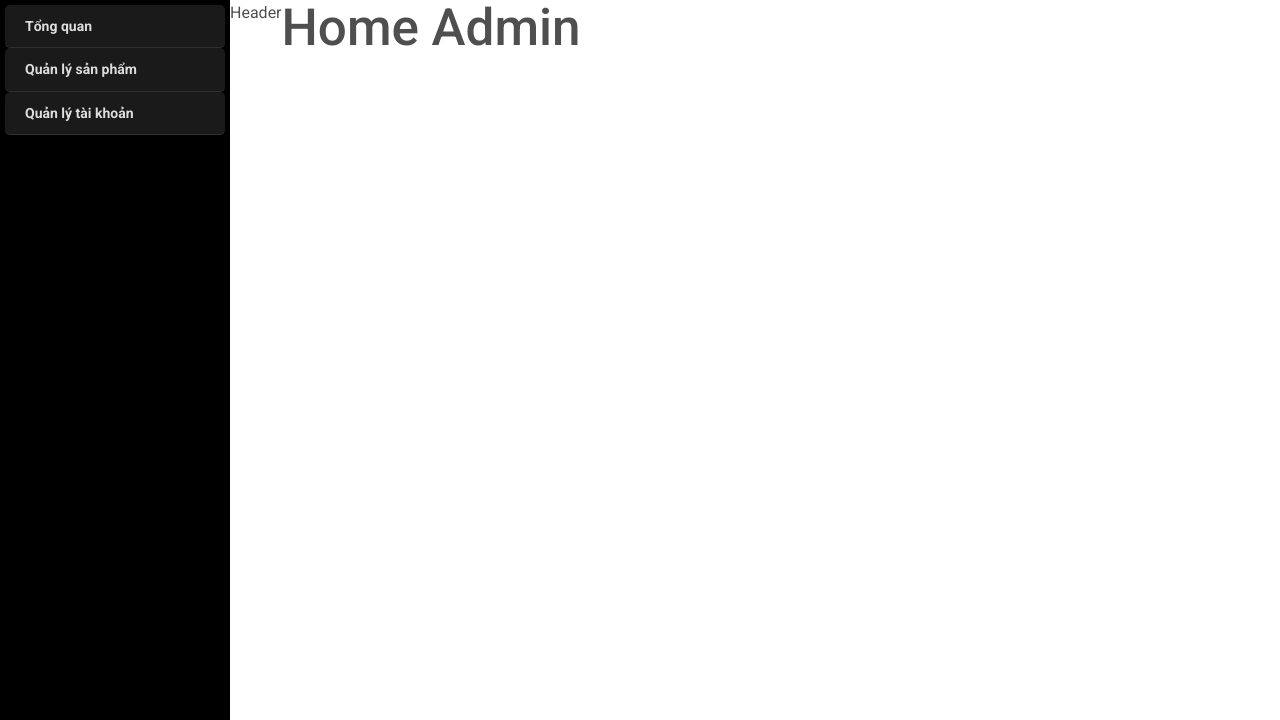
Repository: TinhTT336/MD02_Session10
Page: /admin
An editor plug-in stored every save of this project. The page is shown before and after a run of saves, followed by the edit.
The browser window is 1280 px wide. The pictures show the whole page.
Some web libraries are served in a nearby version. The project was rebuilt for these pictures with package versions that can differ from the ones it lists, and the page was loaded fresh each time. Also part of the build but not shown: vite.config.js, src/layouts/Navbar.jsx, src/layouts/Footer.jsx, src/components/base/button/button.css, src/components/base/button/Button.jsx, src/pages/Home.jsx, src/common/formatMoney.js, src/actions/cartActions.js and 11 more.

Above is the page before, as saved 2023-09-08 16:19:02.

### index.html
<!DOCTYPE html>
<html lang="en">
  <head>
    <meta charset="UTF-8" />
    <link rel="icon" type="image/svg+xml" href="/vite.svg" />
    <meta name="viewport" content="width=device-width, initial-scale=1.0" />
    <title>Vite + React</title>
    <!-- Font Awesome -->
    <link
      href="https://cdnjs.cloudflare.com/ajax/libs/font-awesome/6.0.0/css/all.min.css"
      rel="stylesheet"
    />
    <!-- Google Fonts -->
    <link
      href="https://fonts.googleapis.com/css?family=Roboto:300,400,500,700&display=swap"
      rel="stylesheet"
    />
    <!-- MDB -->
    <link
      href="https://cdnjs.cloudflare.com/ajax/libs/mdb-ui-kit/6.4.1/mdb.min.css"
      rel="stylesheet"
    />
  </head>
  <body>
    <div id="root"></div>
    <script type="module" src="/src/main.jsx"></script>
    <script
      type="text/javascript"
      src="https://cdnjs.cloudflare.com/ajax/libs/mdb-ui-kit/6.4.1/mdb.min.js"
    ></script>
  </body>
</html>

### src/main.jsx
import React from 'react'
import ReactDOM from 'react-dom/client'
import App from './App.jsx'
import './index.css'
import { BrowserRouter } from 'react-router-dom'
import { Provider } from 'react-redux'
import { createStore } from 'redux'
import { reducer } from './reducers/index.js'

const store = createStore(reducer)
ReactDOM.createRoot(document.getElementById('root')).render(
  <React.StrictMode>
    <BrowserRouter>
      <Provider store={store}>
        <App />
      </Provider>
    </BrowserRouter>
  </React.StrictMode>,
)

### src/App.jsx

import { Route, Routes, useLocation } from 'react-router-dom'
import './App.css'
import Home from './pages/Home'
import ListProduct from './pages/ListProduct'
import Cart from './pages/Cart'
import About from './pages/About'
import Contact from './pages/Contact'
import Register from './pages/Register'
import Login from './pages/Login'
import ProductDetail from './pages/ProductDetail'
import { useEffect } from 'react'
import PrivateRouter from './pages/private/PrivateRouter'
import HomeAdmin from './pages/private/HomeAdmin'
import ManagerProduct from './pages/private/ManagerProduct'
import ManagerUser from './pages/private/ManagerUser'

function App() {
  const location = useLocation();
  useEffect(() => {
    window.scrollTo({ top: 0, behavior: "smooth" });
  }, [location.pathname])
  return (
    <>
      <Routes>
        {/* Router ai cung co the truy cap */}
        <Route path='/' element={<Home />}></Route>
        <Route path='/list-product' element={<ListProduct />}></Route>
        <Route path='/product/:id' element={<ProductDetail />}></Route>
        <Route path='/cart' element={<Cart />}></Route>
        <Route path='/about' element={<About />}></Route>
        <Route path='/contact' element={<Contact />}></Route>
        <Route path='/register' element={<Register />}></Route>
        <Route path='/login' element={<Login />}></Route>
        <Route path='/product-detail' element={<ProductDetail />}></Route>

        {/* Router chi admin moi co the truy cap */}
        <Route path='/admin' element={<PrivateRouter />}>
          {/* path ="/" duong dan tuyet doi */}
          <Route index element={<HomeAdmin />}></Route>
          <Route path='manager-product' element={<ManagerProduct />}></Route>
          <Route path='manager-user' element={<ManagerUser />}></Route>
        </Route>
      </Routes>
    </>
  )
}

export default App

### src/reducers/index.js
import { combineReducers } from "redux";
import { listProduct } from "./listProduct";
import { listCart } from "./listCart";

export const reducer = combineReducers({ listProduct, listCart });

### src/App.css
* {
  margin: 0;
  padding: 0;
  box-sizing: border-box;
}
.active {
  background-color: #efefef;
}
/* body {
  max-width: 90%;
  margin: 0 auto;
} */

.nav-item .nav-link {
  padding: 15px;
}

.fa-cart-shopping {
  position: relative;
}

.fa-cart-shopping + span {
  position: absolute;
  top: -10px;
  right: -10px;
  background-color: red;
  color: white;
  border-radius: 50%;
  padding: 5px 10px;
}

### src/pages/private/PrivateRouter.jsx
import React from 'react'
import { Navigate, Outlet } from 'react-router-dom';

export default function PrivateRouter() {
    const isLogin = true; //da dang nhap
    return isLogin ? <Outlet /> : (<Navigate to={"/login"} />)
}

### src/pages/private/HomeAdmin.jsx
import React from 'react'
import Sidebar from '../../layouts/admin/sidebar/Sidebar'
import Header from '../../layouts/admin/Header'

export default function HomeAdmin() {
    return (
        <>
            <div className='d-flex'>
                <Sidebar />
                <Header />
                <h1>Home Admin</h1>

            </div>
        </>
    )
}

### src/reducers/listProduct.js
import products from "../data/products.json";
export const listProduct = (state = products, action) => {
  return state;
};

### src/reducers/listCart.js
import {
  ACT_ADD_CART,
  ACT_DECREASE,
  ACT_DELETE,
  ACT_INCREASE,
} from "../contrains/actionTypes";

const initialState = JSON.parse(localStorage.getItem("carts")) || [];
const saveDataLocal = (arr) => {
  localStorage.setItem("carts", JSON.stringify(arr));
};

/**
 * ham lay ra vi tri cua product trong listProduct
 * @param {*} id id can kiem tra
 * @param {*} arr mang can kiem tra
 * @returns neu tim thay ban ghi thi tra ra vi tri, neu khong tra ra -1
 * Author: TinhTT(08/09/2023)
 */
const findIndexProduct = (id, arr) => {
  const productIndex = arr.findIndex((p) => p.product_id === id);
  return productIndex;
};
export const listCart = (state = initialState, action) => {
  switch (action.type) {
    case ACT_ADD_CART:
      //b1:clone mang cu
      const newCarts = [...state];
      // vi tri can lay
      const indexProduct = findIndexProduct(
        action.payload.product_id,
        newCarts
      );
      // b2: kiem tra san pham da ton tai torng gio hang chua?
      if (indexProduct !== -1) {
        // neu da ton tai thi tang so luong
        newCarts[indexProduct].quantity += 1;
        // b3: luu giu lieu len local
        saveDataLocal(newCarts);
        // b4: return mang moi
        return newCarts;
      } else {
        // neu chua thi them vao gio hang
        const newAddCarts = [...state, { ...action.payload, quantity: 1 }];
        // b3: luu giu lieu len local
        saveDataLocal(newAddCarts);
        // b4: return mang moi
        return newAddCarts;
      }
    case ACT_DECREASE:
      // clone ra mang moi
      const newArr = [...state];
      // tim vi tri san pham
      const indexProductDecrease = findIndexProduct(action.payload, newArr);
      // neu so luong sp lon hon 0 thi giam di
      if (newArr[indexProductDecrease].quantity > 1) {
        newArr[indexProductDecrease].quantity -= 1;
        saveDataLocal(newArr);
        return newArr;
      } else {
        // neu so luong bang 0 thi clear khoi gio hang
        //cach 1:
        // newArr.splice(indexProductDecrease, 1);
        // saveDataLocal(newArr);
        // return newArr;

        // cach 2:
        const productFilter = newArr.filter(
          (p) => p.product_id !== action.payload
        );
        saveDataLocal(productFilter);
        return productFilter;
      }
    case ACT_INCREASE:
      // tim vi tri san pham
      const indexProductIncrease = findIndexProduct(action.payload, state);
      // clone ra mang moi
      const newArrIncrease = [...state];
      newArrIncrease[indexProductIncrease].quantity += 1;
      saveDataLocal(newArrIncrease);
      return newArrIncrease;
    case ACT_DELETE:
      // clone ra mang moi
      const newArrDelete = [...state];
      // loc ra cac san pham co id khac voi id cua sp can xoa
      const newArrAfterDelete = newArrDelete.filter(
        (p) => p.product_id !== action.payload
      );
      // luu giu lieu len local
      saveDataLocal(newArrAfterDelete);
      // return mang moi
      return newArrAfterDelete;
    default:
      return state;
  }
};

### src/layouts/admin/sidebar/Sidebar.jsx
import React from 'react'
import "./sidebar.css";
import { NavLink } from 'react-router-dom';
export default function Sidebar() {
    return (
        <>
            <div className='h-100 bg-black sidebar-admin'>
                <div>
                    <NavLink to={"/admin"} className="router-item">
                        <div></div>
                        <div className='router-item-title'>Tổng quan</div>
                    </NavLink>
                    <NavLink to={"/admin/manager-product"} className="router-item">
                        <div></div>
                        <div className='router-item-title'>Quản lý sản phẩm</div>
                    </NavLink>
                    <NavLink to={"/admin/manager-user"} className="router-item">
                        <div></div>
                        <div className='router-item-title'>Quản lý tài khoản</div>
                    </NavLink>
                </div>
            </div>

        </>
    )
}

### src/layouts/admin/Header.jsx
import React from 'react'

export default function Header() {
    return (
        <div>Header</div>
    )
}

### src/data/products.json
[
  {
    "product_id": 1,
    "product_name": "đai lưng",
    "image": "https://mdbcdn.b-cdn.net/img/Photos/Horizontal/E-commerce/Products/belt.webp",
    "price": 50000,
    "description": "Đai lưng thời trang cho nam và nữ. Sản phẩm này làm từ chất liệu da tổng hợp cao cấp, chất lượng đảm bảo. Thiết kế đơn giản nhưng vô cùng thời trang, phù hợp cho mọi dịp và trang phục. Dễ dàng điều chỉnh độ rộng để phù hợp với bạn. Đai lưng là một phụ kiện không thể thiếu trong tủ đồ của bạn."
  },
  {
    "product_id": 2,
    "product_name": "sét đồ đi chơi",
    "image": "https://mdbcdn.b-cdn.net/img/Photos/Horizontal/E-commerce/Products/img%20(4).webp",
    "price": 60000,
    "description": "Sét đồ đi chơi này bao gồm một áo thun, một quần jean và một đôi giày thể thao. Áo thun được làm từ chất liệu cotton, mềm mại và thoáng mát. Quần jean được làm từ chất liệu denim, vừa vặn và tôn dáng. Đôi giày thể thao được làm từ chất liệu da, đế cao su, mang lại sự thoải mái và êm ái khi di chuyển."
  },
  {
    "product_id": 3,
    "product_name": "giầy Nike hồng",
    "image": "https://mdbcdn.b-cdn.net/img/Photos/Horizontal/E-commerce/Products/shoes%20(3).webp",
    "price": 55000,
    "description": "Giày Nike hồng là một đôi giày thời trang dành cho nữ. Giày được làm từ chất liệu da tổng hợp cao cấp, có màu hồng pastel xinh xắn. Thiết kế đơn giản nhưng tinh tế, phù hợp với nhiều trang phục khác nhau."
  },
  {
    "product_id": 4,
    "product_name": "giầy Nike ",
    "image": "https://mdbcdn.b-cdn.net/img/Photos/Horizontal/E-commerce/Products/img%20(23).webp",
    "price": 70000,
    "description": "Giày Nike là một đôi giày thể thao dành cho nam và nữ. Giày được làm từ chất liệu da tổng hợp cao cấp, có màu đen cá tính. Thiết kế hiện đại, năng động, phù hợp với nhiều hoạt động thể thao khác nhau."
  },
  {
    "product_id": 5,
    "product_name": "quần jeans",
    "image": "https://mdbcdn.b-cdn.net/img/Photos/Horizontal/E-commerce/Products/img%20(17).webp",
    "price": 80000,
    "description": "Quần jeans là một item thời trang không thể thiếu trong tủ đồ của bất kỳ ai. Quần jeans trong danh sách này được làm từ chất liệu denim cao cấp, vừa vặn và tôn dáng. Màu xanh jeans cổ điển, dễ phối với nhiều trang phục khác nhau."
  },
  {
    "product_id": 6,
    "product_name": "mũ da",
    "image": "https://mdbcdn.b-cdn.net/img/Photos/Horizontal/E-commerce/Products/img%20(30).webp",
    "price": 100000,
    "description": "Mũ da là một phụ kiện thời trang không thể thiếu cho cả nam và nữ. Mũ được làm từ chất liệu da cao cấp, có màu đen sang trọng. Thiết kế đơn giản nhưng tinh tế, phù hợp với nhiều trang phục khác nhau."
  }
]

### src/contrains/actionTypes.js
export const ACT_ADD_CART = "add";
export const ACT_DECREASE = "decrease";
export const ACT_INCREASE = "increase";
export const ACT_DELETE = "delete";

### src/layouts/admin/sidebar/sidebar.css
.sidebar-admin {
  width: 230px;
  min-height: 100vh;
  color: #afafaf;
  padding: 5px;
}

.router-item {
  padding: 10px;
  border-bottom: 1px solid rgba(255, 255, 255, 0.1);
  cursor: pointer;
  transition: all.3s ease;
  color: #dfdcdc !important;
  font-size: 14px;
  font-weight: 600;
  display: flex;
  align-items: center;
  /* justify-content: space-between; */
  position: relative;
  z-index: 1;
  padding: 10px 20px 10px 20px;
  background-color: rgba(255, 255, 255, 0.1);
  border-radius: 5px;
  transition: all.3s ease;
  box-shadow: 0 1px 3px rgba(0, 0, 0, 0.12), 0 1px 2px rgba(0, 0, 0, 0.24);
}

.router-item:hover {
  background-color: rgba(255, 255, 255, 0.2);
  box-shadow: 0 14px 26px -12px rgba(0, 0, 0, 0.42),
    0 4px 23px 0px rgba(0, 0, 0, 0.12), 0 8px 10px -5px rgba(0, 0, 0, 0.2);
  color: #fff !important;
}

.router-item:hover.router-item-icon {
  color: #fff;
}

.router-item-icon {
  font-size: 20px;
  margin-right: 10px;
}

.router-item-title {
  font-size: 14px;
  font-weight: 600;
}

Loaded but not shown: src/index.css (common file)

After the next 4 saves:
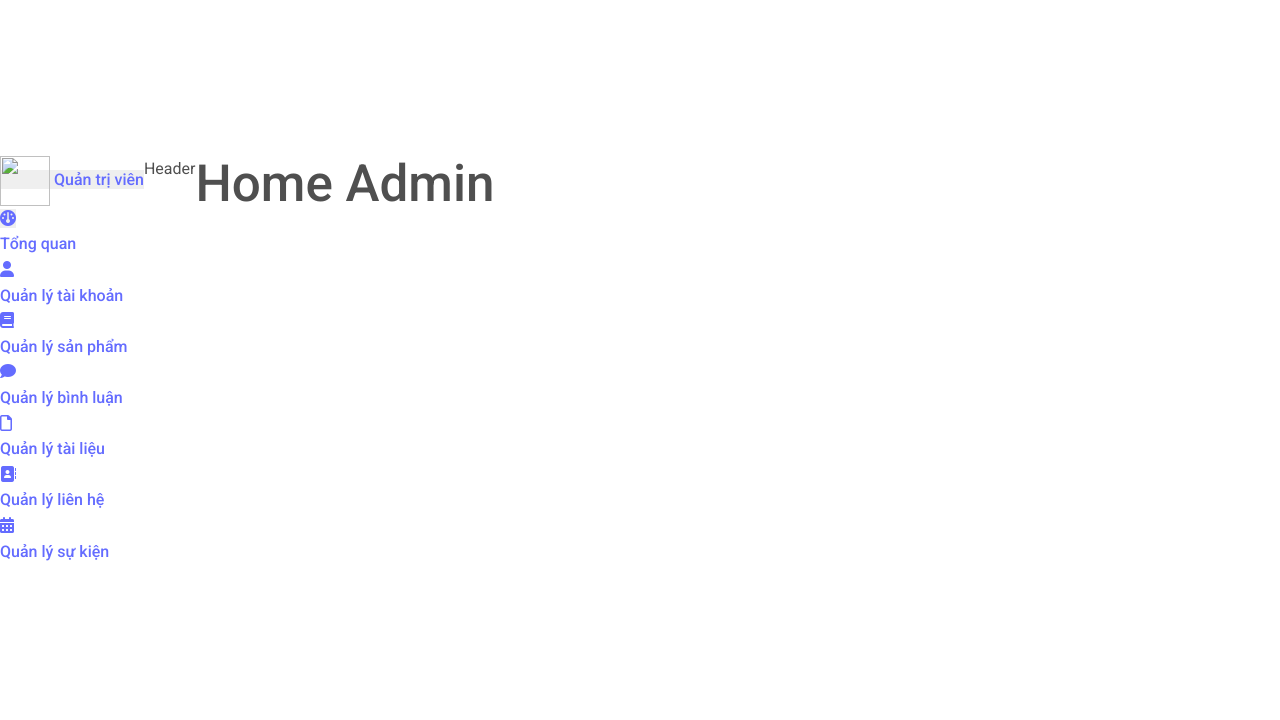
The 4 saves are shown as one change because 2 did not build or start and some came seconds apart.
The last was saved 2 min 19 s later.
--- a/src/layouts/admin/sidebar/Sidebar.jsx
+++ b/src/layouts/admin/sidebar/Sidebar.jsx
@@ -1,26 +1,92 @@
-import React from 'react'
+// import React from 'react'
+// import "./sidebar.css";
+// import { NavLink } from 'react-router-dom';
+// export default function Sidebar() {
+//     return (
+//         <>
+//             <div className='h-100 bg-black sidebar-admin'>
+//                 <div>
+//                     <NavLink to={"/admin"} className="router-item">
+//                         <div></div>
+//                         <div className='router-item-title'>Tổng quan</div>
+//                     </NavLink>
+//                     <NavLink to={"/admin/manager-product"} className="router-item">
+//                         <div></div>
+//                         <div className='router-item-title'>Quản lý sản phẩm</div>
+//                     </NavLink>
+//                     <NavLink to={"/admin/manager-user"} className="router-item">
+//                         <div></div>
+//                         <div className='router-item-title'>Quản lý tài khoản</div>
+//                     </NavLink>
+//                 </div>
+//             </div>
+
+//         </>
+//     )
+// }
+
+import React from "react";
+import { NavLink } from "react-router-dom";
 import "./sidebar.css";
-import { NavLink } from 'react-router-dom';
+
 export default function Sidebar() {
     return (
         <>
-            <div className='h-100 bg-black sidebar-admin'>
-                <div>
-                    <NavLink to={"/admin"} className="router-item">
-                        <div></div>
-                        <div className='router-item-title'>Tổng quan</div>
-                    </NavLink>
-                    <NavLink to={"/admin/manager-product"} className="router-item">
-                        <div></div>
-                        <div className='router-item-title'>Quản lý sản phẩm</div>
-                    </NavLink>
-                    <NavLink to={"/admin/manager-user"} className="router-item">
-                        <div></div>
-                        <div className='router-item-title'>Quản lý tài khoản</div>
-                    </NavLink>
+            <div className="m-menu">
+                <NavLink to="/admin" className="m-logo-container">
+                    <img
+                        height={50}
+                        width={50}
+                        src="	https://pluspng.com/img-png/favicon-png-favicon-1024.png"
+                        alt=""
+                    />
+                    <span className="up"> Quản trị viên</span>
+                </NavLink>
+                <div className="m-menu-item">
+                    <div className="m-tooltip-content">
+                        <NavLink to="/admin" className="m-item-router">
+                            <i className="fa-solid fa-gauge m-icon-15-fs" />
+                            <div className="m-item-title">Tổng quan</div>
+                        </NavLink>
+                    </div>
+                    <div className="m-tooltip-content">
+                        <NavLink to="/admin/manager-user" className="m-item-router">
+                            <i className="fa-solid fa-user m-icon-15-fs" />
+                            <div className="m-item-title">Quản lý tài khoản</div>
+                        </NavLink>
+                    </div>
+                    <div className="m-tooltip-content">
+                        <NavLink to="/admin/manager-product" className="m-item-router">
+                            <i className="fa-solid fa-book m-icon-15-fs" />
+                            <div className="m-item-title">Quản lý sản phẩm</div>
+                        </NavLink>
+                    </div>
+                    <div className="m-tooltip-content">
+                        <NavLink to="/manager-comment" className="m-item-router">
+                            <i className="fa-solid fa-comment m-icon-15-fs" />
+                            <div className="m-item-title">Quản lý bình luận</div>
+                        </NavLink>
+                    </div>
+                    <div className="m-tooltip-content">
+                        <NavLink to="/manager-document" className="m-item-router">
+                            <i className="fa-regular fa-file m-icon-15-fs" />
+                            <div className="m-item-title">Quản lý tài liệu</div>
+                        </NavLink>
+                    </div>
+                    <div className="m-tooltip-content">
+                        <NavLink to="/manager-contact" className="m-item-router">
+                            <i class="fa-solid fa-address-book m-icon-15-fs"></i>
+                            <div className="m-item-title">Quản lý liên hệ</div>
+                        </NavLink>
+                    </div>
+                    <div className="m-tooltip-content">
+                        <NavLink to="/manager-event" className="m-item-router">
+                            <i className="fa-solid fa-calendar-days m-icon-15-fs" />
+                            <div className="m-item-title">Quản lý sự kiện</div>
+                        </NavLink>
+                    </div>
                 </div>
             </div>
-
         </>
-    )
+    );
 }
